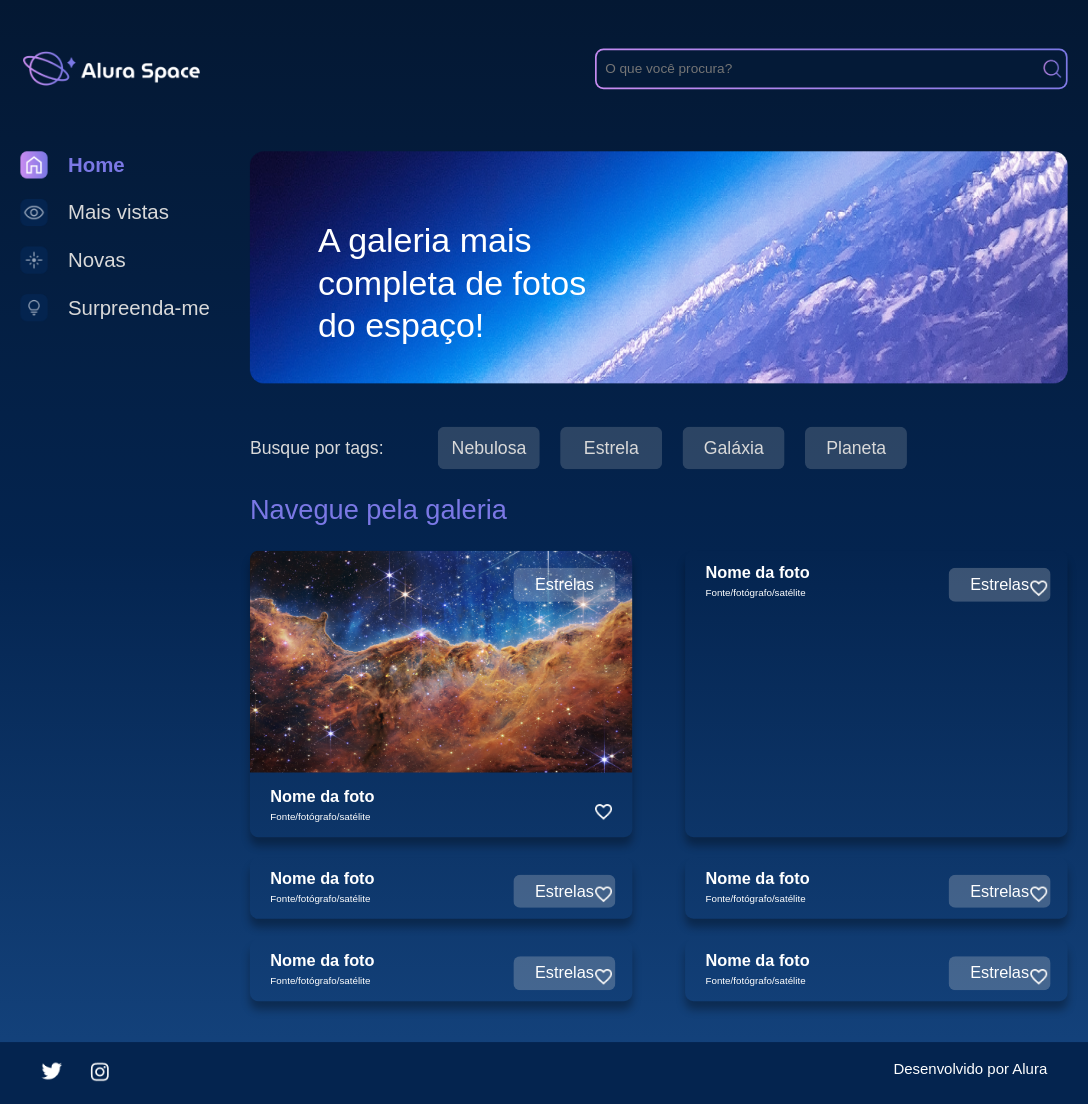
Repository: RafaSilva025/AluraSpace
Page: templates/galeria/index.html
The author's editor kept a copy of each file at every save. The page is drawn from the files as they stood at one save, then again after a run of saves.
The browser window is 1280 px wide. The pictures show the whole page, at 85% of full size.
The template is drawn by Django 4.2. The application's start-up code is not run. Other server files are loaded and not shown. The template is opened directly, without the code that normally fills it, so the values that code supplies are empty.

Above is the page before, as saved 2022-11-01 13:08:04.

### templates/galeria/index.html
{% load static %}
<!DOCTYPE html>
<html lang="pt-br">

<head>
    <meta charset="UTF-8">
    <meta http-equiv="X-UA-Compatible" content="IE=edge">
    <meta name="viewport" content="width=device-width, initial-scale=1.0">
    <title>Alura Space</title>
    <link rel="preconnect" href="https://fonts.googleapis.com">
    <link rel="preconnect" href="https://fonts.gstatic.com" crossorigin>
    <link href="https://fonts.googleapis.com/css2?family=Poppins:wght@400;500;600&display=swap" rel="stylesheet">
    <link rel="stylesheet" href="{% static '/styles/style.css' %}">
</head>

<body>
    <div class="pagina-inicial">
        <header class="cabecalho">
            <img src="{% static '/assets/logo/Logo(2).png' %}" alt="Logo da Alura Space" />
            <div class="cabecalho__busca">
                <div class="busca__fundo">
                    <input class="busca__input" type="text" placeholder="O que você procura?">
                    <img class="busca__icone" src="{% static '/assets/ícones/1x/search.png' %}" alt="ícone de search">
                </div>
            </div>
        </header>
        <main class="principal">
            <section class="menu-lateral">
                <nav class="menu-lateral__navegacao">
                    <a href="#"><img src="{% static '/assets/ícones/1x/Home - ativo.png' %}"> Home</a>
                    <a href="#"><img src="{% static '/assets/ícones/1x/Mais vistas - inativo.png' %}"> Mais vistas</a>
                    <a href="#"><img src="{% static '/assets/ícones/1x/Novas - inativo.png' %}"> Novas</a>
                    <a href="#"><img src="{% static '/assets/ícones/1x/Surpreenda-me - inativo.png' %}"> Surpreenda-me</a>
                </nav>
            </section>
            <section class="conteudo">
                <section class="banner">
                    <img class="banner__imagem" src="{% static '/assets/imagens/Banner(2).png' %}" alt="banner Alura Space">
                    <h1 class="banner__titulo"> A galeria mais completa de fotos do espaço!</h1>
                </section>
                <section class="tags">
                    <p class="tags__titulo">Busque por tags:</p>
                    <ul class="tags__lista">
                        <li class="tags__tag">Nebulosa</li>
                        <li class="tags__tag">Estrela</li>
                        <li class="tags__tag">Galáxia</li>
                        <li class="tags__tag">Planeta</li>
                    </ul>
                </section>
                <section class="galeria">
                    <div class="cards">
                        <h2 class="cards__titulo">Navegue pela galeria</h2>
                        <ul class="cards__lista">
                            <li class="card">
                                <a href="{% url 'imagem' %}">
                                    <img class="card__imagem" src="{% static '/assets/imagens/galeria/carina-nebula.png' %}" alt="foto">
                                </a>
                                <span class="card__tag">Estrelas</span>
                                <div class="card__info">
                                    <p class="card__titulo">Nome da foto</p>
                                    <div class="card__texto">
                                        <p class="card__descricao">Fonte/fotógrafo/satélite</p>
                                        <span>
                                            <img src="{% static '/assets/ícones/1x/favorite_outline.png' %}" alt="ícone de coração">
                                        </span>
                                    </div>
                                </div>
                            </li>
                            <li class="card">
                                <a href="{% url 'imagem' %}>
                                    <img class="card__imagem" src="{% static '/assets/imagens/galeria/carina-nebula.png' %}" alt="foto">
                                </a>
                                <span class="card__tag">Estrelas</span>
                                <div class="card__info">
                                    <p class="card__titulo">Nome da foto</p>
                                    <div class="card__texto">
                                        <p class="card__descricao">Fonte/fotógrafo/satélite</p>
                                        <span>
                                            <img src="{% static '/assets/ícones/1x/favorite_outline.png' %}" alt="ícone de coração">
                                        </span>
                                    </div>
                                </div>
                            </li>
                            <li class="card">
                                <a href="{% url 'imagem' %}>
                                    <img class="card__imagem" src="{% static '/assets/imagens/galeria/carina-nebula.png' %}" alt="foto">
                                </a>
                                <span class="card__tag">Estrelas</span>
                                <div class="card__info">
                                    <p class="card__titulo">Nome da foto</p>
                                    <div class="card__texto">
                                        <p class="card__descricao">Fonte/fotógrafo/satélite</p>
                                        <span>
                                            <img src="{% static '/assets/ícones/1x/favorite_outline.png' %}" alt="ícone de coração">
                                        </span>
                                    </div>
                                </div>
                            </li>
                            <li class="card">
                                <a href="{% url 'imagem' %}>
                                    <img class="card__imagem" src="{% static '/assets/imagens/galeria/carina-nebula.png' %}" alt="foto">
                                </a>
                                <span class="card__tag">Estrelas</span>
                                <div class="card__info">
                                    <p class="card__titulo">Nome da foto</p>
                                    <div class="card__texto">
                                        <p class="card__descricao">Fonte/fotógrafo/satélite</p>
                                        <span>
                                            <img src="{% static '/assets/ícones/1x/favorite_outline.png' %}" alt="ícone de coração">
                                        </span>
                                    </div>
                                </div>
                            </li>
                            <li class="card">
                                <a href="{% url 'imagem' %}>
                                    <img class="card__imagem" src="{% static '/assets/imagens/galeria/carina-nebula.png' %}" alt="foto">
                                </a>
                                <span class="card__tag">Estrelas</span>
                                <div class="card__info">
                                    <p class="card__titulo">Nome da foto</p>
                                    <div class="card__texto">
                                        <p class="card__descricao">Fonte/fotógrafo/satélite</p>
                                        <span>
                                            <img src="{% static '/assets/ícones/1x/favorite_outline.png' %}" alt="ícone de coração">
                                        </span>
                                    </div>
                                </div>
                            </li>
                            <li class="card">
                                <a href="{% url 'imagem' %}>
                                    <img class="card__imagem" src="{% static '/assets/imagens/galeria/carina-nebula.png' %}" alt="foto">
                                </a>
                                <span class="card__tag">Estrelas</span>
                                <div class="card__info">
                                    <p class="card__titulo">Nome da foto</p>
                                    <div class="card__texto">
                                        <p class="card__descricao">Fonte/fotógrafo/satélite</p>
                                        <span>
                                            <img src="{% static '/assets/ícones/1x/favorite_outline.png' %}" alt="ícone de coração">
                                        </span>
                                    </div>
                                </div>
                            </li>
                        </ul>
                    </div>
                </section>
            </section>
        </main>
    </div>
    <footer class="rodape">
        <div class="rodape__icones">
            <a href="https://twitter.com/AluraOnline" target=”_blank” >
                <img src="{% static '/assets/ícones/1x/twitter.png' %}" alt="ícone twitter">
            </a>
            <a href="https://www.instagram.com/aluraonline/" target=”_blank” >
                <img src="{% static '/assets/ícones/1x/instagram.png' %}" alt="ícone instagram">
            </a>
        </div>
        <p class="rodape__texto">Desenvolvido por Alura</p>
    </footer>
</body>

</html>

### setup/static/styles/style.css
/* http://meyerweb.com/eric/tools/css/reset/
   v2.0 | 20110126
   License: none (public domain)
*/


html, body, div, span, applet, object, iframe,
h1, h2, h3, h4, h5, h6, p, blockquote, pre,
a, abbr, acronym, address, big, cite, code,
del, dfn, em, img, ins, kbd, q, s, samp,
small, strike, strong, sub, sup, tt, var,
b, u, i, center,
dl, dt, dd, ol, ul, li,
fieldset, form, label, legend,
table, caption, tbody, tfoot, thead, tr, th, td,
article, aside, canvas, details, embed,
figure, figcaption, footer, header, hgroup,
menu, nav, output, ruby, section, summary,
time, mark, audio, video {
    margin: 0;
    padding: 0;
    border: 0;
    font-size: 100%;
    font: inherit;
    vertical-align: baseline;
}
/* HTML5 display-role reset for older browsers */
article, aside, details, figcaption, figure,
footer, header, hgroup, menu, nav, section {
    display: block;
}
body {
    line-height: 1;
    font-family: 'Space Grotesk', sans-serif;
    min-height: 100vh;
    background: linear-gradient(#041833,#04244F,#154580);
    background-repeat: no-repeat;
    background-position: center;
    background-size: cover;
}
ol, ul {
    list-style: none;
}
blockquote, q {
    quotes: none;
}
blockquote:before, blockquote:after,
q:before, q:after {
    content: '';
    content: none;
}
table {
    border-collapse: collapse;
    border-spacing: 0;
}

.banner {
    width: auto;
    position: relative;
    margin-bottom: 1.5rem;
}

.banner__imagem {
    width: 100%;
}

.banner__titulo {
    color: #FFFFFF;
    font-size: 40px;
    width: 350px;
    line-height: 50px;
    position: absolute;
    top: 80px;
    left: 80px;
}

.cabecalho {
    align-items: center;
    display: flex;
    justify-content: space-between;
    margin: 1.5rem 0 4rem 0;
}

.cabecalho__busca {
    align-items: center;
    border-radius: 10px;
    background: linear-gradient(45deg, #C98CF1,#7B78E5);
    display: flex;
    height: auto;
    justify-content: space-between;
    padding: 2px;
    width: auto;
}

.busca__fundo {
    align-items: center;
    background-color: #041A37;
    border-radius: 8px;
    display: flex;
    margin: 0 auto;
    width: 100%;
}

.busca__input {
    align-items: center;
    background-color: transparent;
    border: none;
    font-size: 1rem;
    height: 24px;
    padding: 10px;
    width: 500px;
}

.busca__icone {
    cursor: pointer;
    width: 2rem;
    height: 2rem;
}

.cards {
    width: 100%;
}

.cards__titulo {
    color: #7B78E5;
    font-size: 2rem;
    line-height: 3rem;
    margin-bottom: 1.5rem;
}

.cards__lista{
    display: flex;
    flex-wrap: wrap;
    justify-content: space-between;
    align-content: space-between;
}

.card {
    border-radius: 10px;
    box-shadow: 0px 10px 10px #00000050;
    color: #FFFFFF;
    margin-bottom: 1.5rem;
    position: relative;
    width: 450px;
}

.card__imagem {
    width: 450px;
    border-radius: 10px 10px 0 0;
}

.card__tag {
    background-color: #D9D9D940;
    border-radius: 8px;
    border: 2px solid transparent;
    font-size: 1.2rem;
    left: 310px;
    margin-right: 1.5rem;
    padding: .5rem .5rem;
    position: absolute;
    text-align: center;
    top: 20px;
    width: 100px;
}

.card__info {
    font-size: 1.2rem;
    padding: 0 1.5rem 1rem 1.5rem;
}

.card__titulo {
    font-weight: bold;
    line-height: 1.2rem;
    margin-top: 0.8em;
}

.card__texto {
    display: flex;
    justify-content: space-between;
    flex-wrap: wrap;
}

.card__texto img {
    cursor: pointer;
}

.card__descricao {
    font-size: 0.6em;
    margin-top: 0.8em;
}

.galeria {
    display: flex;
    width: 100%;
}

.imagem {
    display: flex;
    justify-content: center;
    align-items: center;
}

.imagem__conteudo {
    background-color: transparent;
    display: flex;
    flex-direction: column;
    border-radius: 20px 20px 0 0;
    width: 950px;
}

.imagem__imagem {
    width: 100%;
    border-radius: 20px;
}

.imagem__info {
    font-size: 1.2rem;
    display: flex;
    justify-content: space-between;
    align-items: center;
    margin-bottom: 1rem;
    margin-top: 1rem;
}

.imagem__texto {
    display: flex;
    flex-direction: column;
    justify-content: space-between;
    color: #FFFFFF;
    margin-top: 0.5rem;
}

.imagem__titulo {
    font-weight: bold;
    line-height: 2rem;
    color: #FFFFFF;
}

.imagem__texto {
    font-size: 1rem;
}

.imagem__descricao {
    font-size: 0.7rem;
}

.menu-lateral {
    padding-right: 1.5rem;
    box-sizing: border-box;
    min-width: 270px;
}

.menu-lateral__navegacao {
    display: flex;
    flex-direction: column;
}

.menu-lateral__navegacao a {
    font-family: 'Space Grotesk', sans-serif;
    align-items: center;
    display: flex;
    margin-bottom: 1.5rem;
    text-decoration: none;
    color: #D9D9D9;
    font-size: 24px;
}

.menu-lateral__navegacao a:first-child {
    font-weight: bold;
    color: #7B78E5;
}

.menu-lateral__navegacao img {
    margin-right: 1.5rem;
}

.pagina-inicial {
    max-width: 1440px;
    padding: 1.5rem;
    margin: 0 auto;
}

.populares {
    margin-left: 1.5rem;
}

.populares__titulo {
    font-size: 2rem;
    color: #7B78E5;
    line-height: 3rem;
    margin-bottom: 1.5rem;
}

.populares__imagens {
    display: flex;
    flex-direction: column;
}

.populares__imagem {
    margin-bottom: 1.5rem;
}

.populares__botao {
    width: 100%;
    height: 50px;
    border-radius: 10px;
    background: linear-gradient(45deg, #C98CF1,#7B78E5);
    padding: 2px;
    box-sizing: border-box;
}

.populares__link {
    display: flex;
    justify-content: center;
    align-items: center;
    font-size: 20px;
    text-decoration: none;
    color: #FFFFFF;
    background-color: #082D5C;
    width: 100%;
    height: 100%;
    border-radius: 8px;
    transition: .5s;
}

.populares__link:hover {
    background: transparent;
}

.principal {
    display: flex;
    justify-content: space-between;
}

.rodape {
    background-color: #04244F;
    width: 100%;
    padding: 1.5rem 3rem;
    box-sizing: border-box;
    display: flex;
    justify-content: space-between;
    color: #FFFFFF;
}

.rodape__icones {
    width: 80px;
    display: flex;
    justify-content: space-between;
}

.rodape__texto {
    font-size: 1.1rem;
}

.tags {
    padding: 1.5rem 0;
    display: flex;
    align-items: center;
    color: #D9D9D9;
    font-size: 1.3rem;
}

.tags__titulo {
    margin-right: 4rem;
}

.tags__lista {
    display: flex;
}

.tags__tag {
    background-color: #D9D9D930;
    margin-right: 1.5rem;
    border-radius: 8px;
    padding: .8rem .5rem;
    width: 100px;
    text-align: center;
    border: 2px solid transparent;
}

.tags__tag:hover {
    border: 2px solid #7B78E5;
    cursor: pointer;
}

After the next 2 saves:
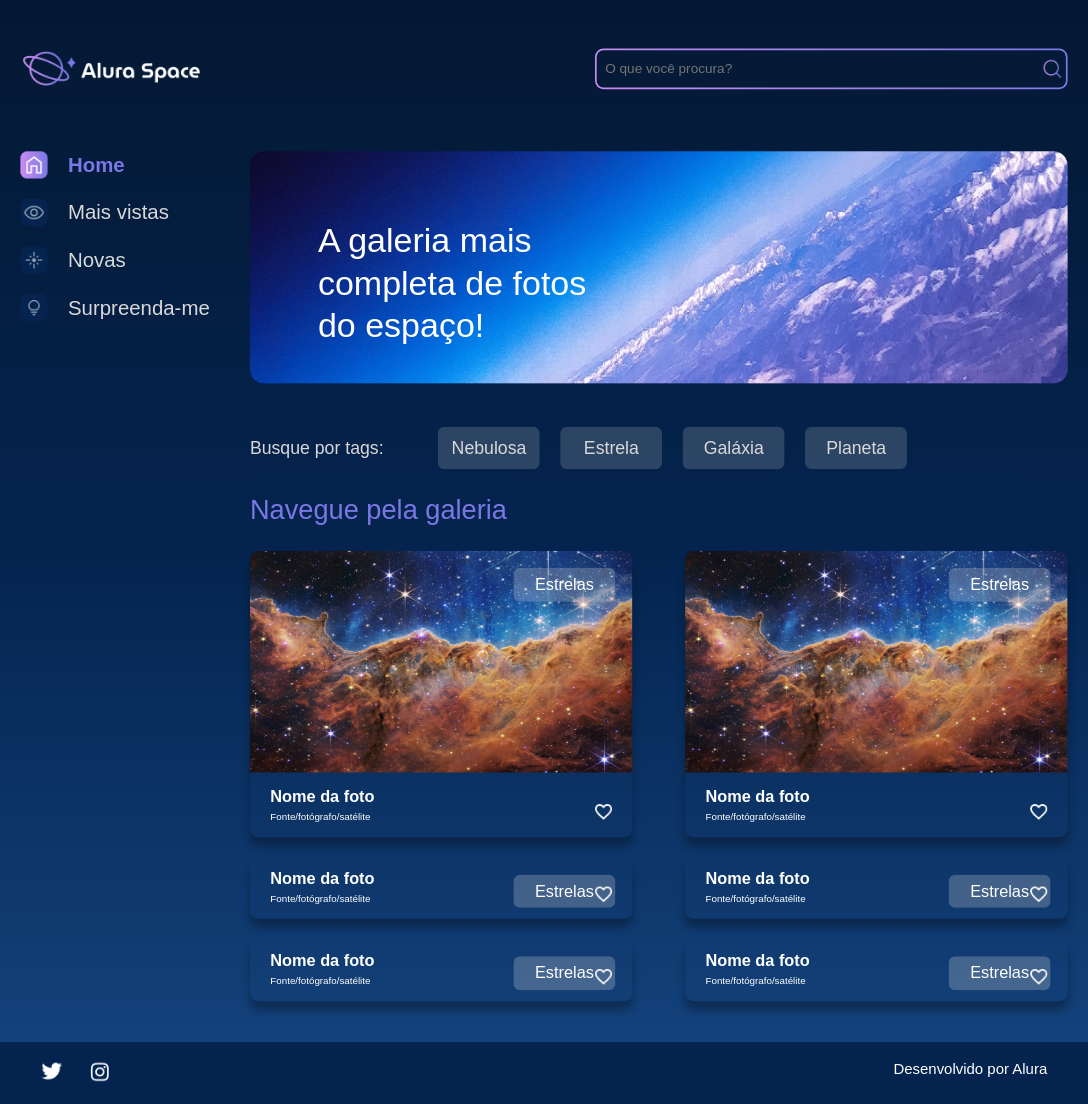
The 2 saves are shown as one change because they came seconds apart.
The last was saved 54 s later.
--- a/templates/galeria/index.html
+++ b/templates/galeria/index.html
@@ -67,7 +67,7 @@
                                 </div>
                             </li>
                             <li class="card">
-                                <a href="{% url 'imagem' %}>
+                                <a href="{% url 'imagem' %}">
                                     <img class="card__imagem" src="{% static '/assets/imagens/galeria/carina-nebula.png' %}" alt="foto">
                                 </a>
                                 <span class="card__tag">Estrelas</span>
